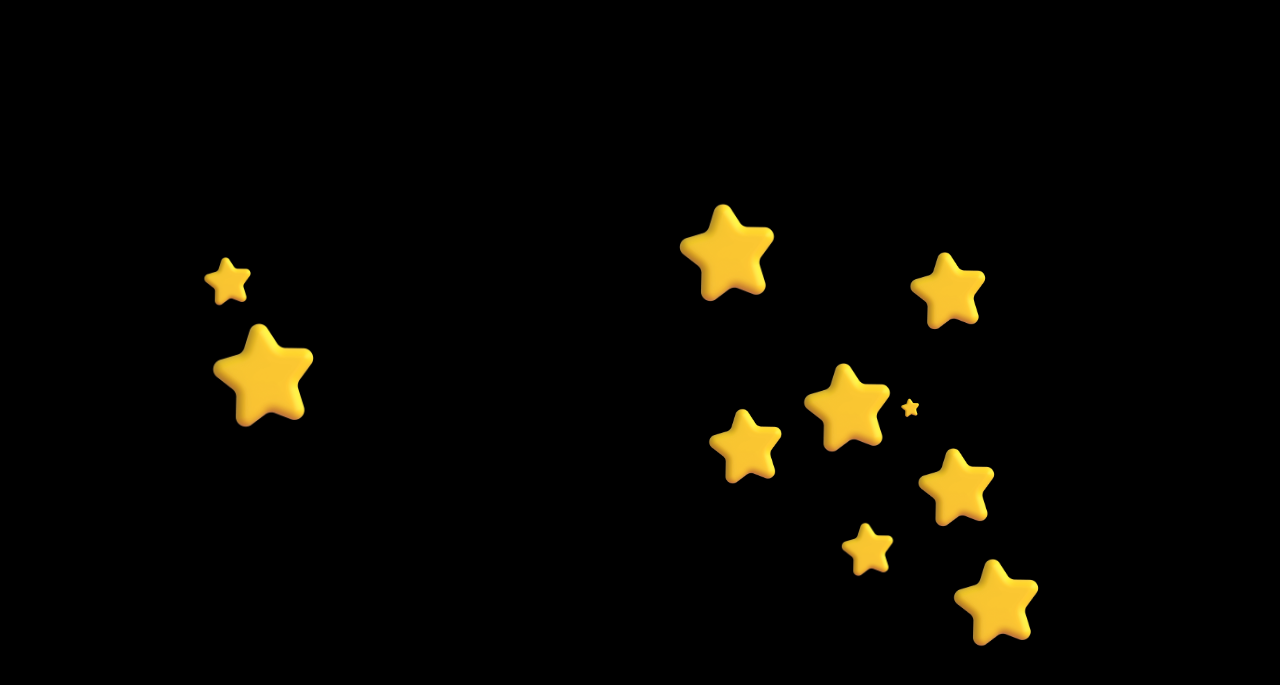
Repository: heartbreathing/Star-game
Page: index.html
The author's editor kept a copy of each file at every save. The page is drawn from the files as they stood at one save, then again after a run of saves.
The browser window is 1280 px wide. The pictures show the whole page.

Above is the page before, as saved 2022-10-28 23:17:47.

After the next 2 saves:
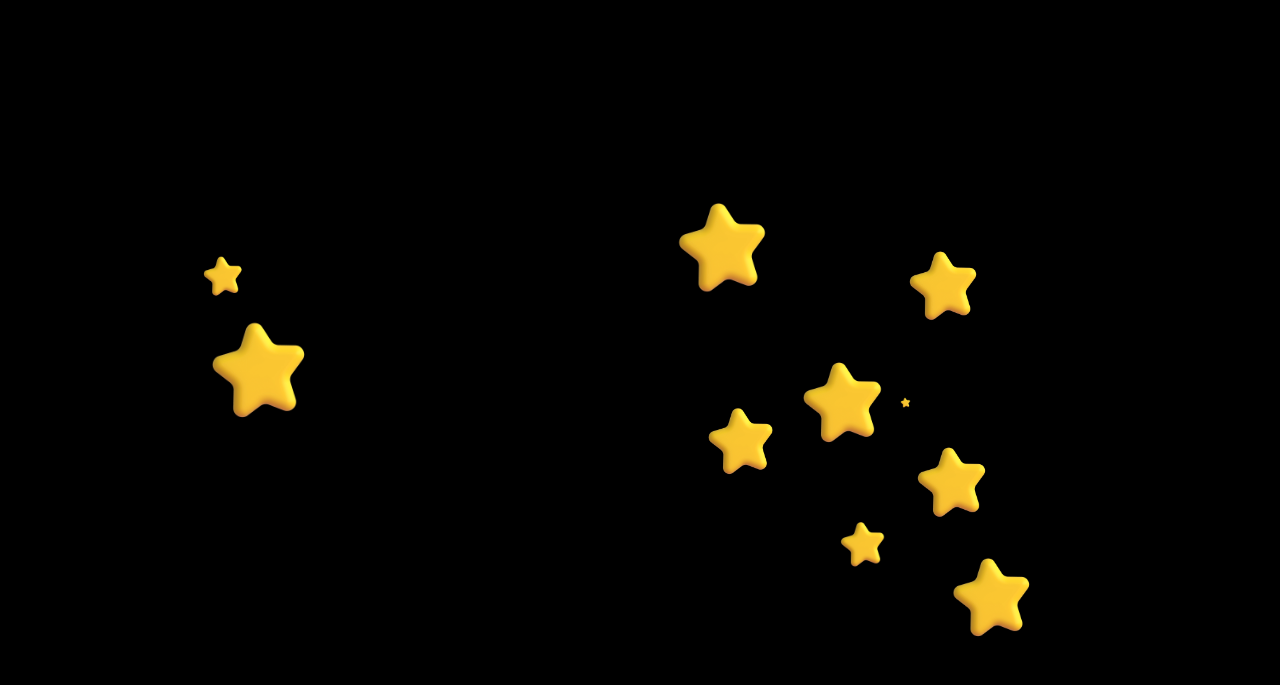
The 2 saves are shown as one change because they came seconds apart.
The last was saved 6 s later.
--- a/index.html
+++ b/index.html
@@ -17,7 +17,7 @@
         let timer = setInterval(function () {
           var obj = document.createElement('img');
 
-          var wid = Math.floor(Math.random() * 100 + 20);
+          var wid = Math.floor(Math.random() * 100 + 10);
           obj.width = wid;
           var x = Math.floor(Math.random() * 1000 + 100);
           var y = Math.floor(Math.random() * 500 + 100);
